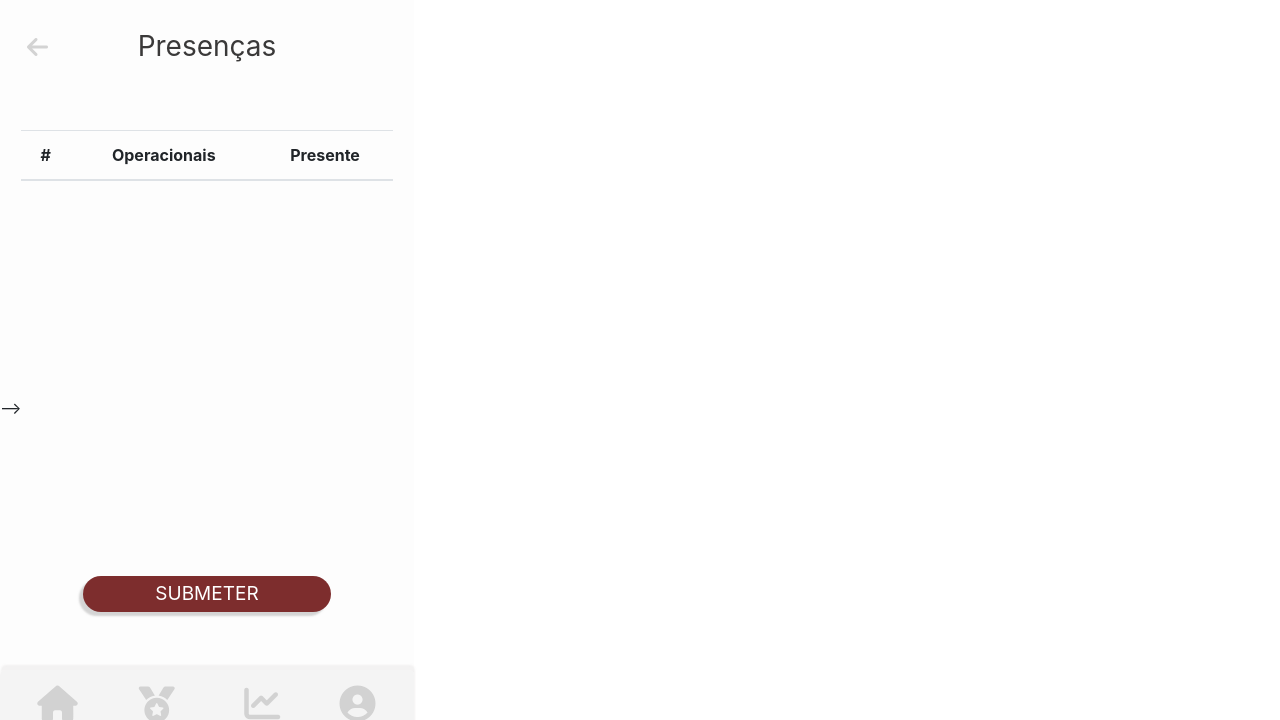
Repository: grupodetrabalhoeficiente/D213
Page: D213/Frontend/OperationalsPresence.html
The author's editor kept a record of every edit. The page is drawn from the files as they stood at one moment, then again after the next edit.
The browser window is 1280 px wide. The pictures show the whole page.
Some web libraries are served in a nearby version.

Above is the page before.

After the next edit:
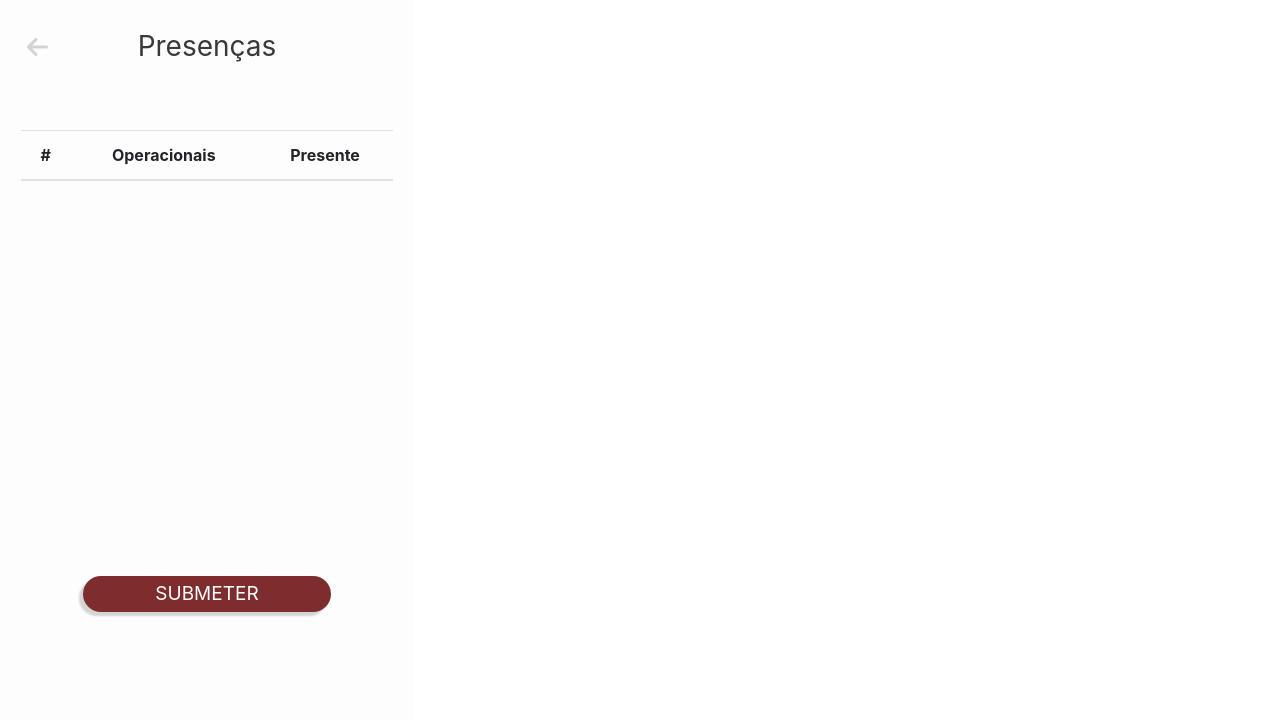
The edit:
--- a/D213/Frontend/OperationalsPresence.html
+++ b/D213/Frontend/OperationalsPresence.html
@@ -37,7 +37,7 @@
     <input id="submit" type="button" class="SubmeterClass" value="SUBMETER"></input>
 
     <!--menubar-->
-    <nav class="menubar fixed-bottom">
+    <!--<nav class="menubar fixed-bottom">
       <ul class="nav navbar-nav">
         <li><a href="MenuPrincipal.html"><i class="fa fa-home fa-3x" id:"home"></i></a></li>
         <li><a href="Ranks.html"><i class="fas fa-medal fa-3x" id:"medal"></i></a></li>

After the edit that followed:
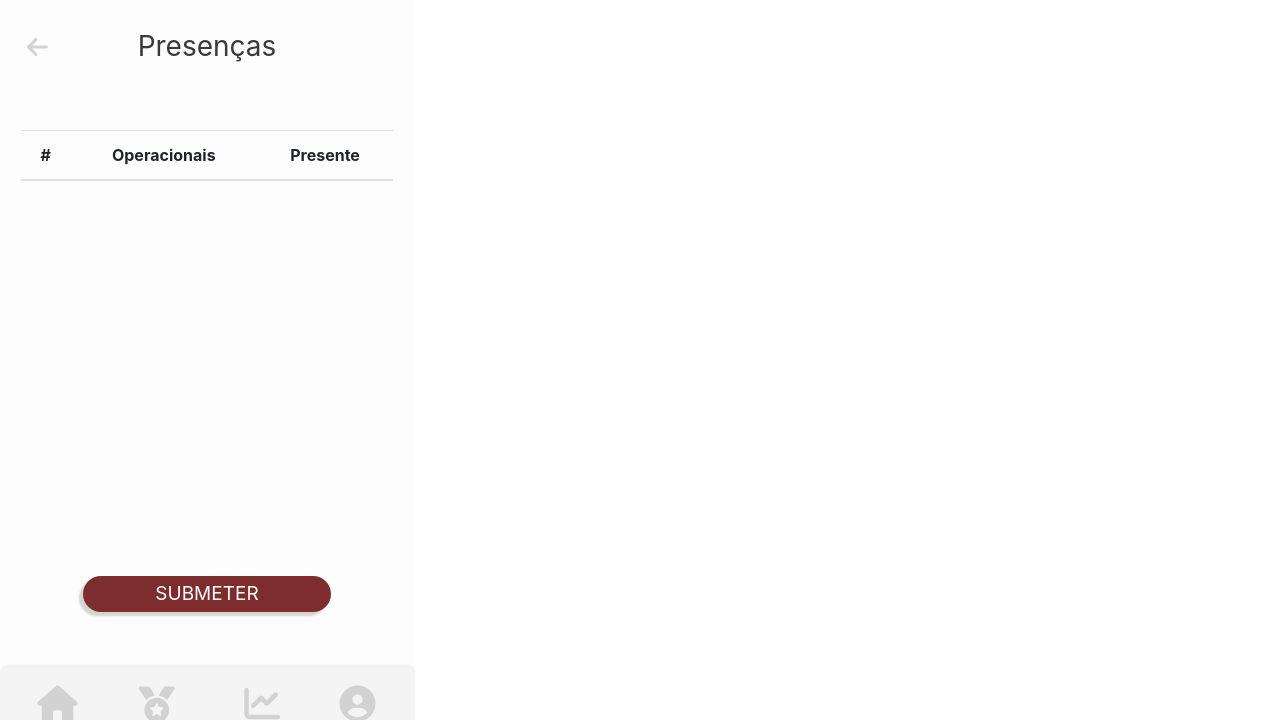
The edit:
--- a/D213/Frontend/OperationalsPresence.html
+++ b/D213/Frontend/OperationalsPresence.html
@@ -45,6 +45,14 @@
         <li><a href="PerfilUpdate.html"><i class="fas fa-user-circle fa-3x" id:"profile"></i></a></li>
       </ul>
     </nav>-->
+    <nav class="menubar fixed-bottom">
+      <ul class="nav navbar-nav">
+        <li><a href="MenuPrincipal.html"><i class="fa fa-home fa-3x"></i></a></li>
+        <li><a href="RanksUpdate.html"><i class="fa fa-medal fa-3x"></i></a></li>
+        <li><a href="HistoricoOcorrencias.html"><i class="fa fa-chart-line fa-3x"></i></a></li>
+        <li><a href="PerfilUpdate.html"><i class="fas fa-user-circle fa-3x"></i></a></li>
+      </ul>
+    </nav>
   </div>
   <!--<script type="text/javascript" src="LoginOcorrencia.js"></script> -->
   <script src="https://code.jquery.com/jquery-3.5.1.slim.min.js" integrity="sha384-DfXdz2htPH0lsSSs5nCTpuj/zy4C+OGpamoFVy38MVBnE+IbbVYUew+OrCXaRkfj" crossorigin="anonymous"></script>
